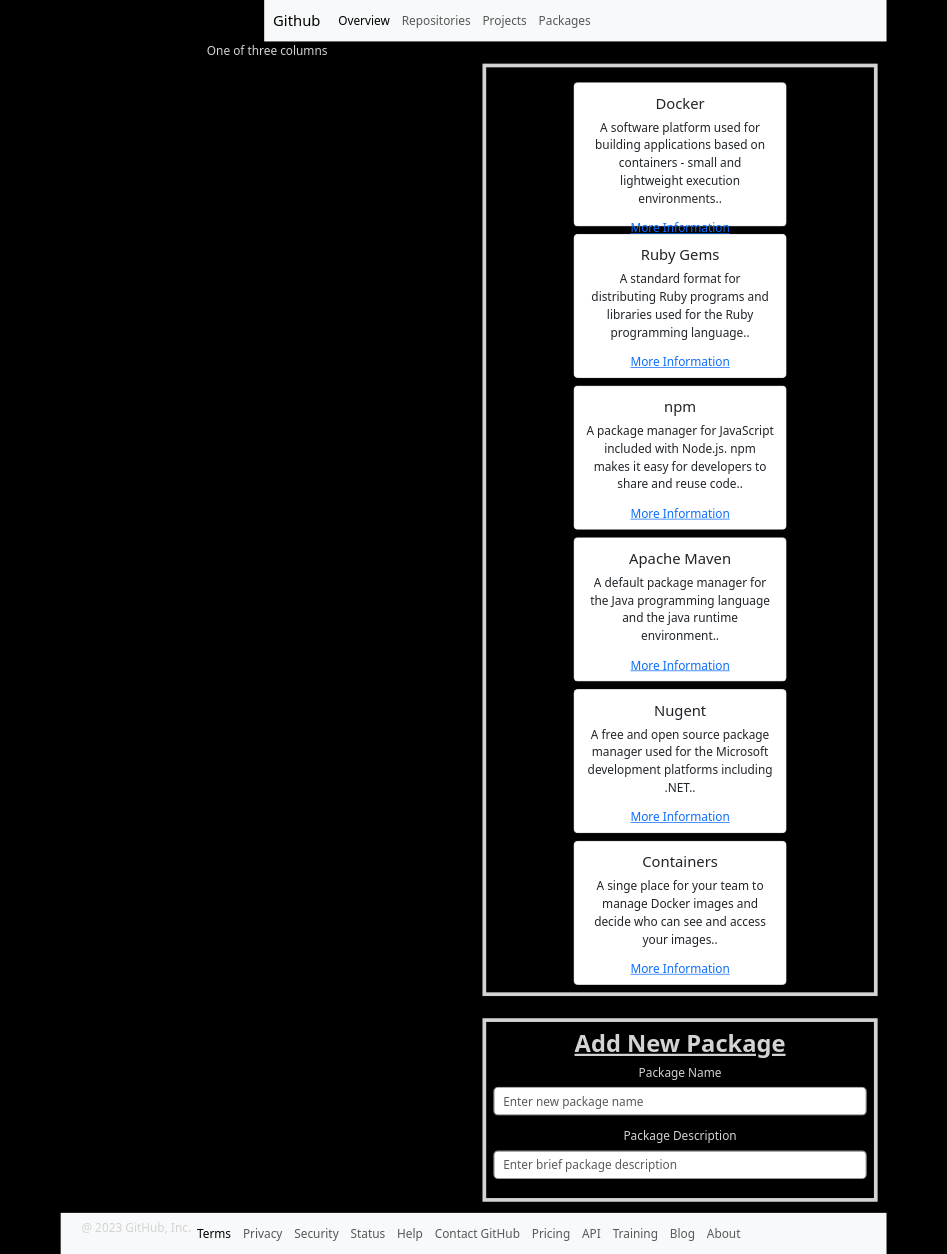
Repository: nss-evening-cohort-E23/gitsub-pull-request-posse
Page: packages.html
An editor plug-in stored every save of this project. The page is shown before and after the next save, followed by the edit.
The browser window is 1280 px wide. The pictures show the whole page, at 74% of full size.

Above is the page before, as saved 2023-05-09 18:18:05.

After the next save:
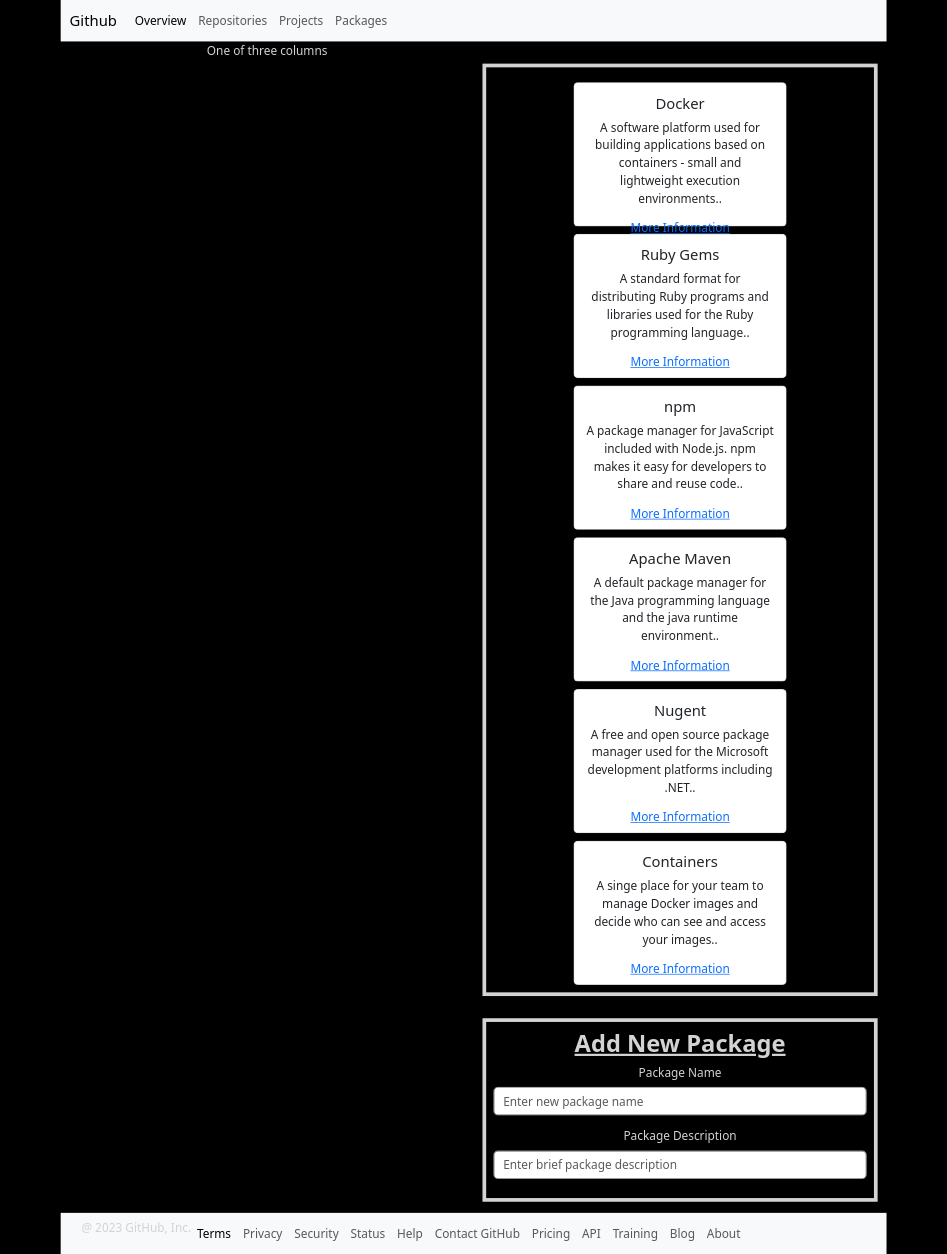
Saved 49 s later.
--- a/packages.css
+++ b/packages.css
@@ -13,7 +13,7 @@
 #navigate {
   flex: none;
 
-  margin-left: 275px;
+
 
 }
 
